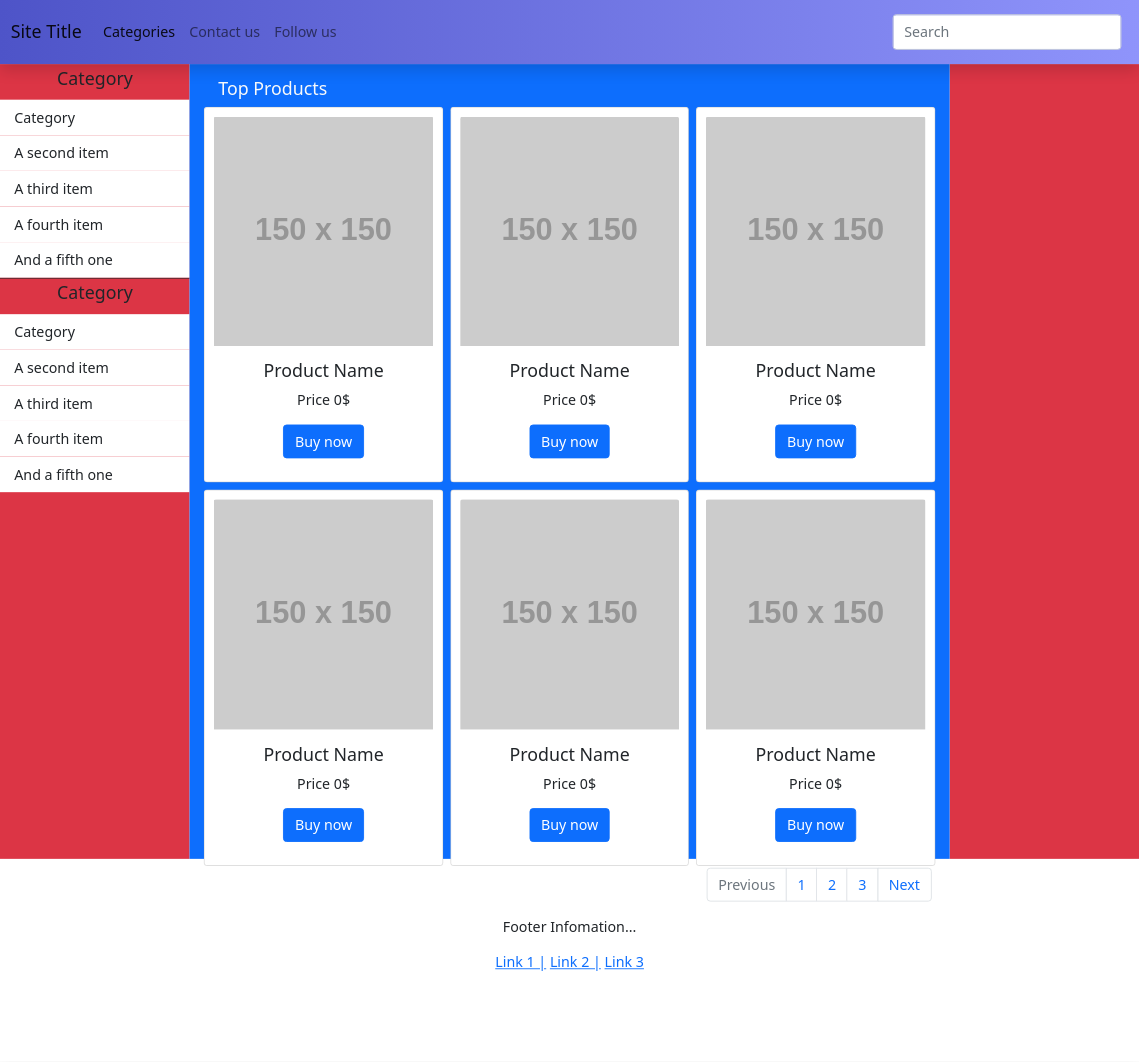
Repository: ttranhhoang/layoutBS
Page: layoutBS1/index.html
The author's editor kept a copy of each file at every save. The page is drawn from the files as they stood at one save, then again after the next save.
The browser window is 1280 px wide. The pictures show the whole page, at 89% of full size.

Above is the page before, as saved 2022-04-24 22:43:15.

### layoutBS1/index.html
<!DOCTYPE html>
<html lang="en">
  <head>
    <meta charset="UTF-8" />
    <meta http-equiv="X-UA-Compatible" content="IE=edge" />
    <meta name="viewport" content="width=device-width, initial-scale=1.0" />
    <title>Layout BS</title>
    <link
      href="https://cdn.jsdelivr.net/npm/bootstrap@5.1.3/dist/css/bootstrap.min.css"
      rel="stylesheet"
      integrity="sha384-1BmE4kWBq78iYhFldvKuhfTAU6auU8tT94WrHftjDbrCEXSU1oBoqyl2QvZ6jIW3"
      crossorigin="anonymous"
    />
    <link rel="stylesheet" href="index.css" />
  </head>
  <body>
    <header class="header">
      <nav class="navbar navbar-expand-lg fixed-top shadow navbar-light">
        <div class="container-fluid">
          <a class="navbar-brand" href="#">Site Title</a>
          <button
            class="navbar-toggler"
            type="button"
            data-bs-toggle="offcanvas"
            data-bs-target="#navbarOffcanvasLg"
            aria-controls="navbarOffcanvasLg"
            aria-expanded="false"
            aria-label="Toggle navigation"
          >
            <span class="navbar-toggler-icon"></span>
          </button>

          <div
            class="offcanvas offcanvas-end"
            tabindex="-1"
            id="navbarOffcanvasLg"
            aria-labelledby="navbarOffcanvasLgLabel"
          >
            <div class="offcanvas-header">
              <h5 class="offcanvas-title" id="offcanvasNavbarLabel">
                Offcanvas
              </h5>
              <button
                type="button"
                class="btn-close text-reset"
                data-bs-dismiss="offcanvas"
                aria-label="Close"
              ></button>
            </div>
            <div class="offcanvas-body">
              <ul class="navbar-nav justify-content-start flex-grow-1 pe-3">
                <li class="nav-item">
                  <a class="nav-link active" aria-current="page" href="#"
                    >Categories</a
                  >
                </li>
                <li class="nav-item">
                  <a class="nav-link" href="#">Contact us</a>
                </li>
                <li class="nav-item">
                  <a class="nav-link" href="#">Follow us</a>
                </li>
              </ul>
              <form class="d-flex">
                <input
                  class="form-control me-2"
                  type="search"
                  placeholder="Search"
                  aria-label="Search"
                />
              </form>
            </div>
          </div>
        </div>
      </nav>
    </header>

    <div class="h-100">
      <div class="row h-100 g-0">
        <div class="col-md-2 text-center bg-danger">
          <h5 class="text-center text p-1">Category</h5>
          <ul class="list-group list-group-flush text-start border-bottom border-dark">
            <li class="list-group-item border-0">Category</li>
            <li class="list-group-item border-0">A second item</li>
            <li class="list-group-item border-0">A third item</li>
            <li class="list-group-item border-0">A fourth item</li>
            <li class="list-group-item border-0">And a fifth one</li>
          </ul>

          <h5 class="text-center text p-1">Category</h5>
          <ul class="list-group list-group-flush text-start">
            <li class="list-group-item border-0">Category</li>
            <li class="list-group-item border-0">A second item</li>
            <li class="list-group-item border-0">A third item</li>
            <li class="list-group-item border-0">A fourth item</li>
            <li class="list-group-item border-0">And a fifth one</li>
          </ul>
        </div>
        <div class="col-md-8 p-3 text-center bg-primary position-relative">
          <h5 class="text-start text-light ps-3">Top Products</h5>
          <div class="row row-cols-1 row-cols-md-3 g-2 h-100">
            <div class="col">
              <div class="card h-100">
                <img
                  src="https://via.placeholder.com/150"
                  class="card-img-top h-75"
                  alt="..."
                />
                <div class="card-body">
                  <h5 class="card-title">Product Name</h5>
                  <p class="card-text">Price 0$</p>
                  <a href="#" class="btn btn-primary">Buy now</a>
                </div>
              </div>
            </div>

            <div class="col">
              <div class="card h-100">
                <img
                  src="https://via.placeholder.com/150"
                  class="card-img-top h-75"
                  alt="..."
                />
                <div class="card-body">
                  <h5 class="card-title">Product Name</h5>
                  <p class="card-text">Price 0$</p>
                  <a href="#" class="btn btn-primary">Buy now</a>
                </div>
              </div>
            </div>

            <div class="col">
              <div class="card h-100">
                <img
                  src="https://via.placeholder.com/150"
                  class="card-img-top h-75"
                  alt="..."
                />
                <div class="card-body">
                  <h5 class="card-title">Product Name</h5>
                  <p class="card-text">Price 0$</p>
                  <a href="#" class="btn btn-primary">Buy now</a>
                </div>
              </div>
            </div>

            <div class="col">
              <div class="card h-100">
                <img
                  src="https://via.placeholder.com/150"
                  class="card-img-top h-75"
                  alt="..."
                />
                <div class="card-body">
                  <h5 class="card-title">Product Name</h5>
                  <p class="card-text">Price 0$</p>
                  <a href="#" class="btn btn-primary">Buy now</a>
                </div>
              </div>
            </div>
            <div class="col">
              <div class="card h-100">
                <img
                  src="https://via.placeholder.com/150"
                  class="card-img-top h-75"
                  alt="..."
                />
                <div class="card-body">
                  <h5 class="card-title">Product Name</h5>
                  <p class="card-text">Price 0$</p>
                  <a href="#" class="btn btn-primary">Buy now</a>
                </div>
              </div>
            </div>
            <div class="col">
              <div class="card h-100">
                <img
                  src="https://via.placeholder.com/150"
                  class="card-img-top h-75"
                  alt="..."
                />
                <div class="card-body">
                  <h5 class="card-title">Product Name</h5>
                  <p class="card-text">Price 0$</p>
                  <a href="#" class="btn btn-primary">Buy now</a>
                </div>
              </div>
            </div>
            <div class="position-absolute bottom right">
              <nav aria-label="Page navigation example ">
                <ul class="pagination justify-content-end">
                  <li class="page-item disabled">
                    <a
                      class="page-link"
                      href="#"
                      tabindex="-1"
                      aria-disabled="true"
                      >Previous</a
                    >
                  </li>
                  <li class="page-item">
                    <a class="page-link" href="#">1</a>
                  </li>
                  <li class="page-item">
                    <a class="page-link" href="#">2</a>
                  </li>
                  <li class="page-item">
                    <a class="page-link" href="#">3</a>
                  </li>
                  <li class="page-item">
                    <a class="page-link" href="#">Next</a>
                  </li>
                </ul>
              </nav>
            </div>
          </div>
        </div>

        <div class="col-md-2 text-center bg-danger"></div>
      </div>
    </div>

    <footer class="footer bg-white shadow align-self-end py-3 px-xl-5 w-100">
      <div class="container-fluid py-5">
        <div class="row h-0 d-flex flex-column">
          <p class="text-center text-capitalize">footer infomation...</p>
          <div class="text-mutted text-center">
            <a class="text-capitalize">Link 1 |</a>
            <a class="text-capitalize">Link 2 |</a>
            <a class="text-capitalize">Link 3</a>
          </div>
        </div>
      </div>
    </footer>

    <script
      src="https://cdn.jsdelivr.net/npm/bootstrap@5.1.3/dist/js/bootstrap.bundle.min.js"
      integrity="sha384-ka7Sk0Gln4gmtz2MlQnikT1wXgYsOg+OMhuP+IlRH9sENBO0LRn5q+8nbTov4+1p"
      crossorigin="anonymous"
    ></script>
  </body>
</html>

### layoutBS1/index.css
*,
*::after,
*::before {
  box-sizing: border-box;
}
/* custom */
button.navbar-toggler:focus {
  box-shadow: none;
}
button[type="button"],
button[type="submit"],
button[class^="btn"]:focus {
  box-shadow: none;
}
button[class*="btn-outline"]:active:focus {
  box-shadow: none;
}

/* styles ui */
body {
  padding-top: 72px;
}
.main {
  height: 100vh;
}
nav.navbar {
  background: #4e54c8; /* fallback for old browsers */
  background: -webkit-linear-gradient(
    to left,
    #8f94fb,
    #4e54c8
  ); /* Chrome 10-25, Safari 5.1-6 */
  background: linear-gradient(
    to left,
    #8f94fb,
    #4e54c8
  ); /* W3C, IE 10+/ Edge, Firefox 16+, Chrome 26+, Opera 12+, Safari 7+ */
}
.navbar {
  padding-top: 1rem;
  padding-bottom: 1rem;
}
.navbar-light .navbar-toggler {
  border: none;
}
div.row {
  height: 100px;
}
.row .col div.card {
  padding: 10px;
}
.bottom {
  bottom: -4em;
}
.right {
  right: 1em;
}

After the next save:
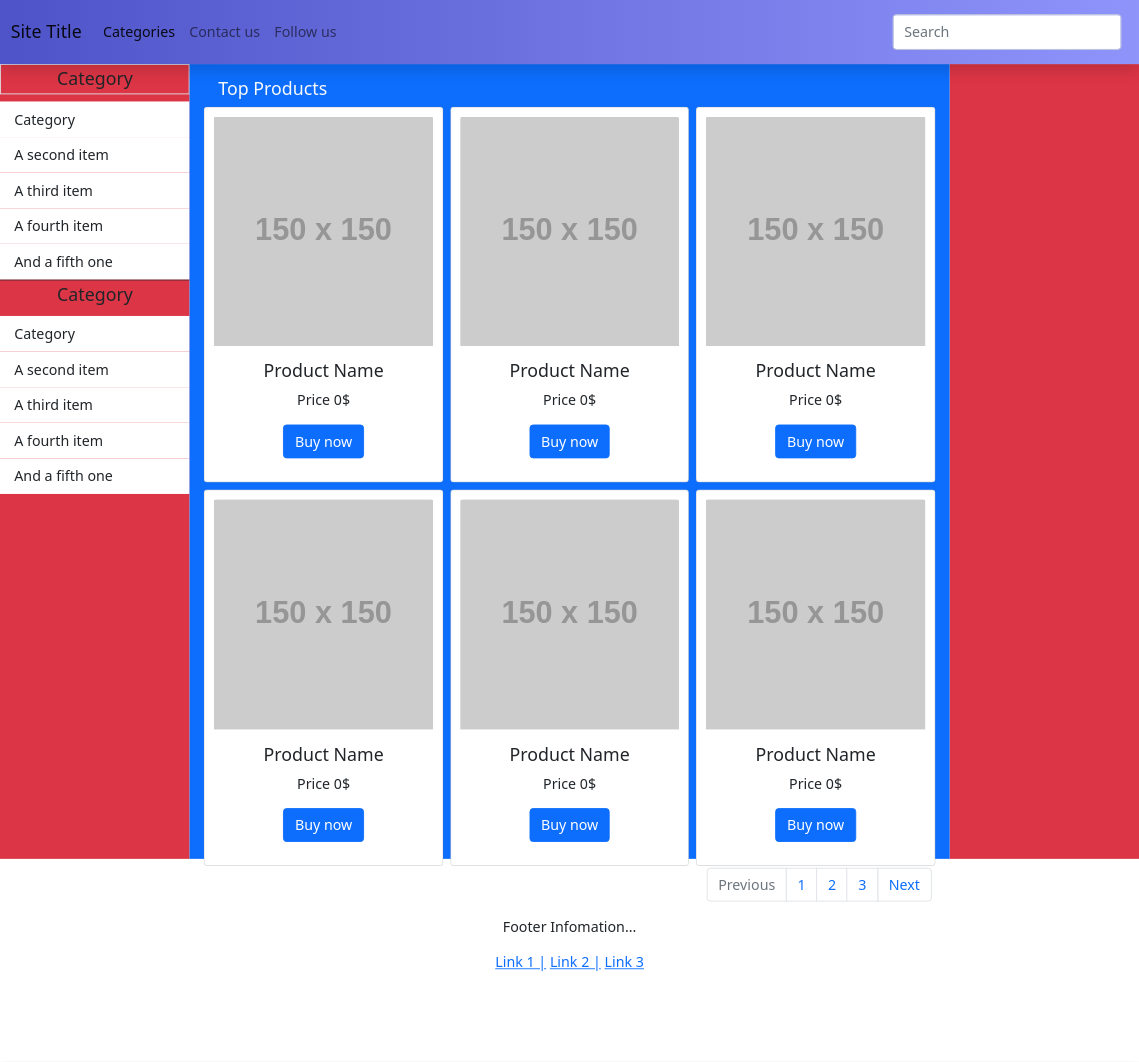
Saved 32 s later.
--- a/layoutBS1/index.html
+++ b/layoutBS1/index.html
@@ -78,7 +78,7 @@
     <div class="h-100">
       <div class="row h-100 g-0">
         <div class="col-md-2 text-center bg-danger">
-          <h5 class="text-center text p-1">Category</h5>
+          <h5 class="text-center text p-1 border">Category</h5>
           <ul class="list-group list-group-flush text-start border-bottom border-dark">
             <li class="list-group-item border-0">Category</li>
             <li class="list-group-item border-0">A second item</li>
